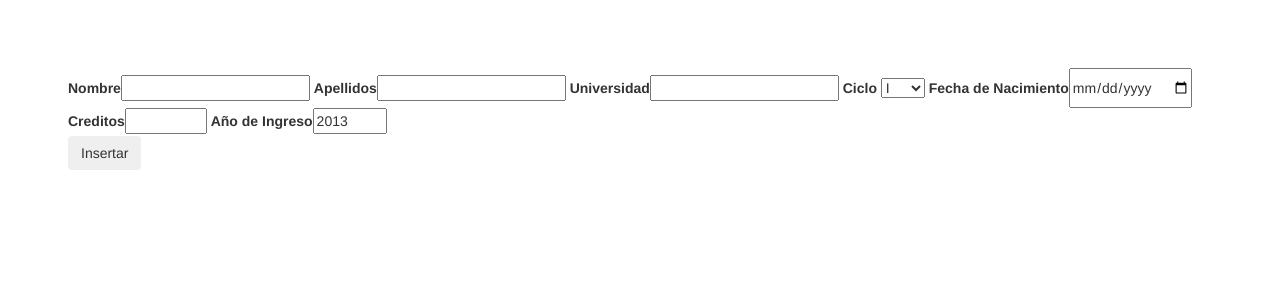
Repository: yoshitomimaehara/sdpa
Page: http://localhost/Sistema_de_Pruebas_Academicas/alumno_insertar.jsp
The author's editor kept a copy of each file at every save. The page is drawn from the files as they stood at one save, then again after the next save.
The browser window is 1280 px wide. The pictures show the whole page.
The page is served by Tomcat 9. Other server files are loaded and not shown.

Above is the page before, as saved 2013-10-09 15:17:39.

### Web/Sistema de Pruebas Academicas/Sistema de Pruebas Academicas/WebContent/alumno_insertar.jsp
<%@ page language="java" contentType="text/html; charset=ISO-8859-1"
    pageEncoding="ISO-8859-1"%>
<%@ taglib prefix="c" uri="http://java.sun.com/jsp/jstl/core" %>
<!DOCTYPE html>
<html>
<head>
<title></title>
<link rel="stylesheet" type="text/css" href="css\styles.css"/>
<link rel="stylesheet" href="css\bootstrap.min.css">
<script src="js\jquery.js"></script>
<script src="js\scripts.js"></script>

</head>
<body>
	<form action="AlumnoAgregar" class="formulario_adptado">
		<label>Nombre</label><input type="text" name="nombre"/>
		<label>Apellidos</label><input type="text" name="apellidos"/>
		<label>Universidad</label><input type="text" name="universidad"/>
		<label>Ciclo</label>
		<c:set var="ciclos" value="I,II,III,IV,V,VI,VII,VIII,IX,X,XI"></c:set>
		<select name="ciclo">
		<c:forTokens items="${ciclos}" delims="," var="ciclo">
		<option><c:out value="${ciclo}"></c:out></option>
		</c:forTokens>
		</select>
		<label>Fecha de Nacimiento</label><input type="date" name="fech_nac"/>
		<label>Creditos</label><input type="number" min="1" max="220" step="0.5" name="creditos"/>
		<label>Año de Ingreso</label><input type="number" min="2000" max="2013" value="2013" name="año_ingreso"/>
		<br/>
		<input type="submit" value="Insertar" class="btn"/>
	</form>
</body>
</html>

### Web/Sistema de Pruebas Academicas/Sistema de Pruebas Academicas/WebContent/css/styles.css
/*
Nombre:styles.css
Descripcion:Hoja de Estilos
Autores:Yoshitomi Maehara/Liliana Gonzales
Email:
*/
/* universal */
*{
}

/*etiquetas*/
body{
	padding:40px;
}

/* identificadores */
#ingresar{
	background-color: #5162F6;
	color:white;
}

#ingresar:hover{
	background-color: white;
	color:black;

}

#link_contrasenia{
	text-decoration:none;
}

#link_contrasenia:hover{
	text-decoration:none;
}

#academico{
	padding:10px;
	clear: none;
}

#academico:hover{
	display:block;
	padding:10px;
}

/* clases */
.cabecera_index{
  padding:0.8em;
  text-align:center;
  margin: 1em;
}

.login_index{
   border:solid 1px;
   -webkit-border-radius: 8px;
   -moz-border-radius: 8px;
   border-radius: 8px;

}

.alerta{

}

.pie_index{
	height:3em;
	padding:0.5em;
}

.menu_panel{

}
.menu_lista{
	list-style-type:none;
}

.menu_lista li{
	display:inline-block;
	padding:10px;
}

.imagen{
	padding:1em;
	height:30em;
	width:30em;
}

.contenedor{
	border:1px solid #A4A4A4;
	height:30em;
	-webkit-border-radius: 8px;
   	-moz-border-radius: 8px;
   	border-radius: 8px;
   	background-color:#F2F2F2;
}

.contenido_dentro{
	background-color:#F2F2F2;
	border:1px solid #A4A4A4;
	height:30em;
	-webkit-border-radius: 8px;
   	-moz-border-radius: 8px;
   	border-radius: 8px;
}

.menu_dentro{
	background-color:#F2F2F2;
	border:1px solid #A4A4A4;
	height:10em;
	-webkit-border-radius: 8px;
   	-moz-border-radius: 8px;
   	border-radius: 8px;
}

.formulario_adptado{
	padding:2em;
}

### Web/Sistema de Pruebas Academicas/Sistema de Pruebas Academicas/WebContent/js/scripts.js
/**
 * Nombre:script.js
 * Descripcion: Funciones JavaScript/JQuery
 * Autores:Yoshitomi Maehara/Liliana Gonzales
 * Email:
 */


$(function(){
	$('.accesos').click(function(e){
		e.preventDefault();
		$('#main').load($(this).attr('href'));
	});
});

$(function(){
	$('.enlaces').click(function(e){
		e.preventDefault();
		$('#contenido').load($(this).attr('href'));
	});
});

Loaded but not shown: Web/Sistema de Pruebas Academicas/Sistema de Pruebas Academicas/WebContent/css/bootstrap.min.css (library); Web/Sistema de Pruebas Academicas/Sistema de Pruebas Academicas/WebContent/js/jquery.js (library)

After the next save:
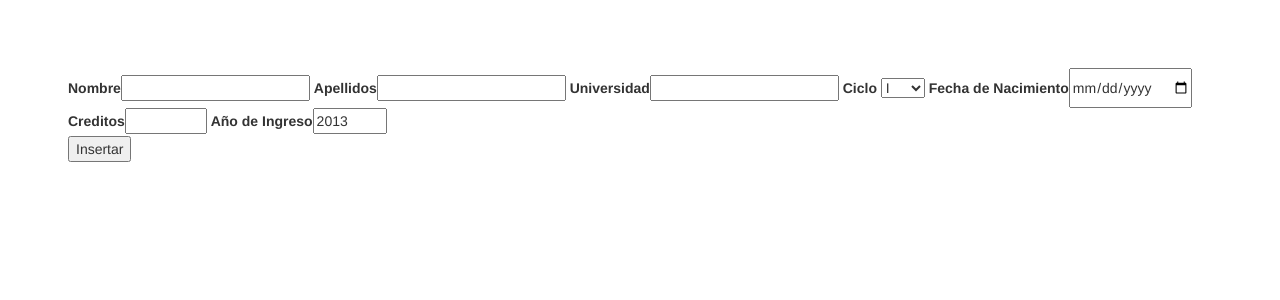
Saved 6 s later.
--- a/Web/Sistema de Pruebas Academicas/Sistema de Pruebas Academicas/WebContent/alumno_insertar.jsp
+++ b/Web/Sistema de Pruebas Academicas/Sistema de Pruebas Academicas/WebContent/alumno_insertar.jsp
@@ -27,7 +27,7 @@
 		<label>Creditos</label><input type="number" min="1" max="220" step="0.5" name="creditos"/>
 		<label>Año de Ingreso</label><input type="number" min="2000" max="2013" value="2013" name="año_ingreso"/>
 		<br/>
-		<input type="submit" value="Insertar" class="btn"/>
+		<input type="submit" value="Insertar"/>
 	</form>
 </body>
 </html>
